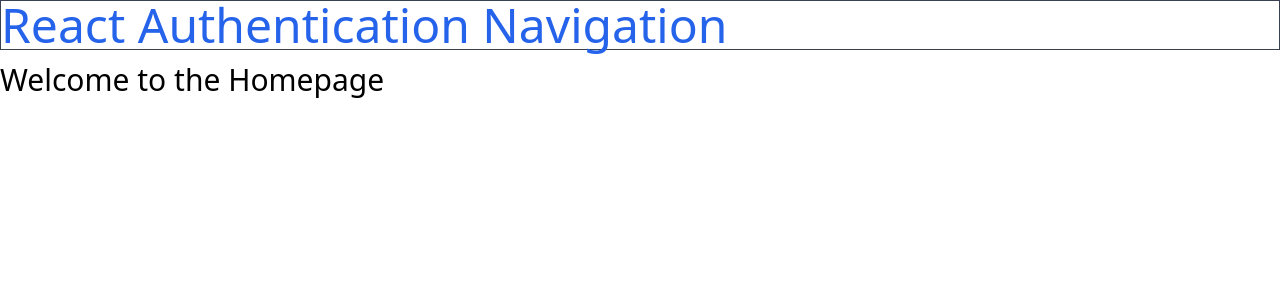
Repository: oderinde300/react-authentication-with-json-server
Page: /
These files come from the project's save history. The page is drawn as it stood at one moment and after the next save; the edit follows.
The browser window is 1280 px wide. The pictures show the whole page.
The project was rebuilt for these pictures with package versions that can differ from the ones it lists, and the page was loaded fresh each time. Also part of the build but not shown: src/components/authentication/Login.jsx, src/pages/LoginPage.jsx.

Above is the page before, as saved 2023-03-22 11:49:28.

### src/App.js
import { Routes, Route } from "react-router-dom";
import HomePage from "./pages/HomePage";
import LoginPage from "./pages/LoginPage";

function App() {
  return (
    <div>
      <h1 className="text-5xl text-blue-600 mb-3 border border-gray-700">
        React Authentication Navigation
      </h1>
      <Routes>
        <Route path="/" element={<HomePage />} />
        <Route path="/login" element={<LoginPage />} />
      </Routes>
    </div>
  );
}

export default App;

### src/pages/HomePage.jsx
import React from "react";

const HomePage = () => {
  return (
    <div>
      <h1 className="text-3xl">Welcome to the Homepage</h1>
    </div>
  );
};

export default HomePage;

Loaded but not shown: public/index.html (common file); src/index.js (common file); src/index.css (common file); tailwind.config.js (common file)

After the next save:
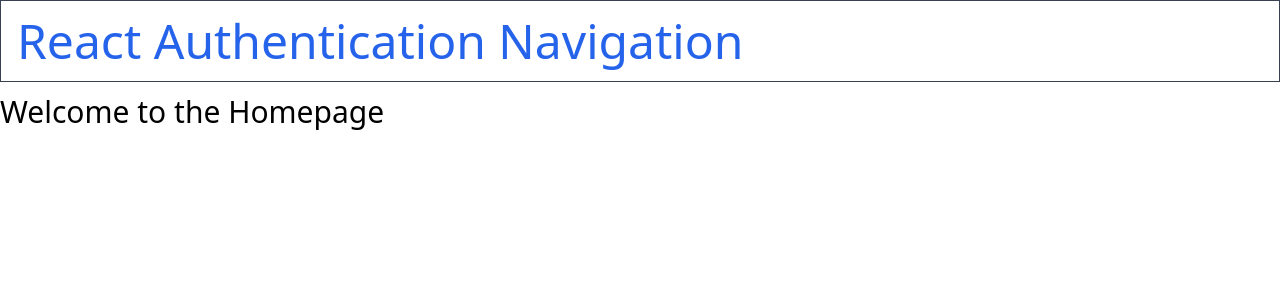
Saved 9 s later.
--- a/src/App.js
+++ b/src/App.js
@@ -5,7 +5,7 @@ import LoginPage from "./pages/LoginPage";
 function App() {
   return (
     <div>
-      <h1 className="text-5xl text-blue-600 mb-3 border border-gray-700">
+      <h1 className="text-5xl text-blue-600 mb-3 border border-gray-700 p-4">
         React Authentication Navigation
       </h1>
       <Routes>
